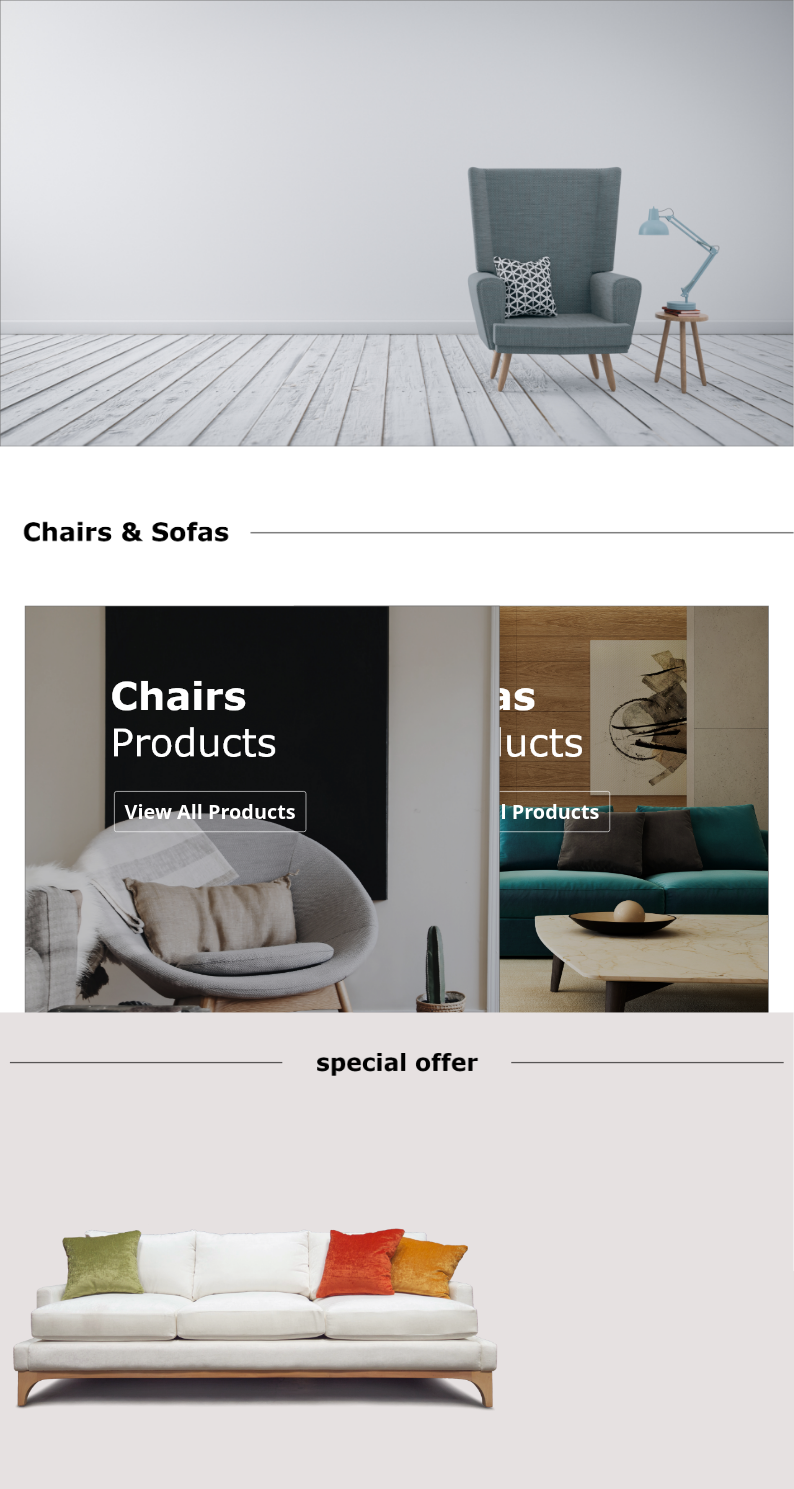
Repository: MEROO1010/creative_home
Page: /
The author's editor kept a copy of each file at every save. The page is drawn from the files as they stood at one save, then again after the next save.
The browser window is 1280 px wide. The pictures show the whole page, at 62% of full size.
The project was rebuilt for these pictures with package versions that can differ from the ones it lists, and the page was loaded fresh each time. The framework's server and built-in components were replaced by stand-ins that run in the browser. Also part of the build but not shown: next.config.js.

Above is the page before, as saved 2022-12-11 10:14:34.

After the next save:
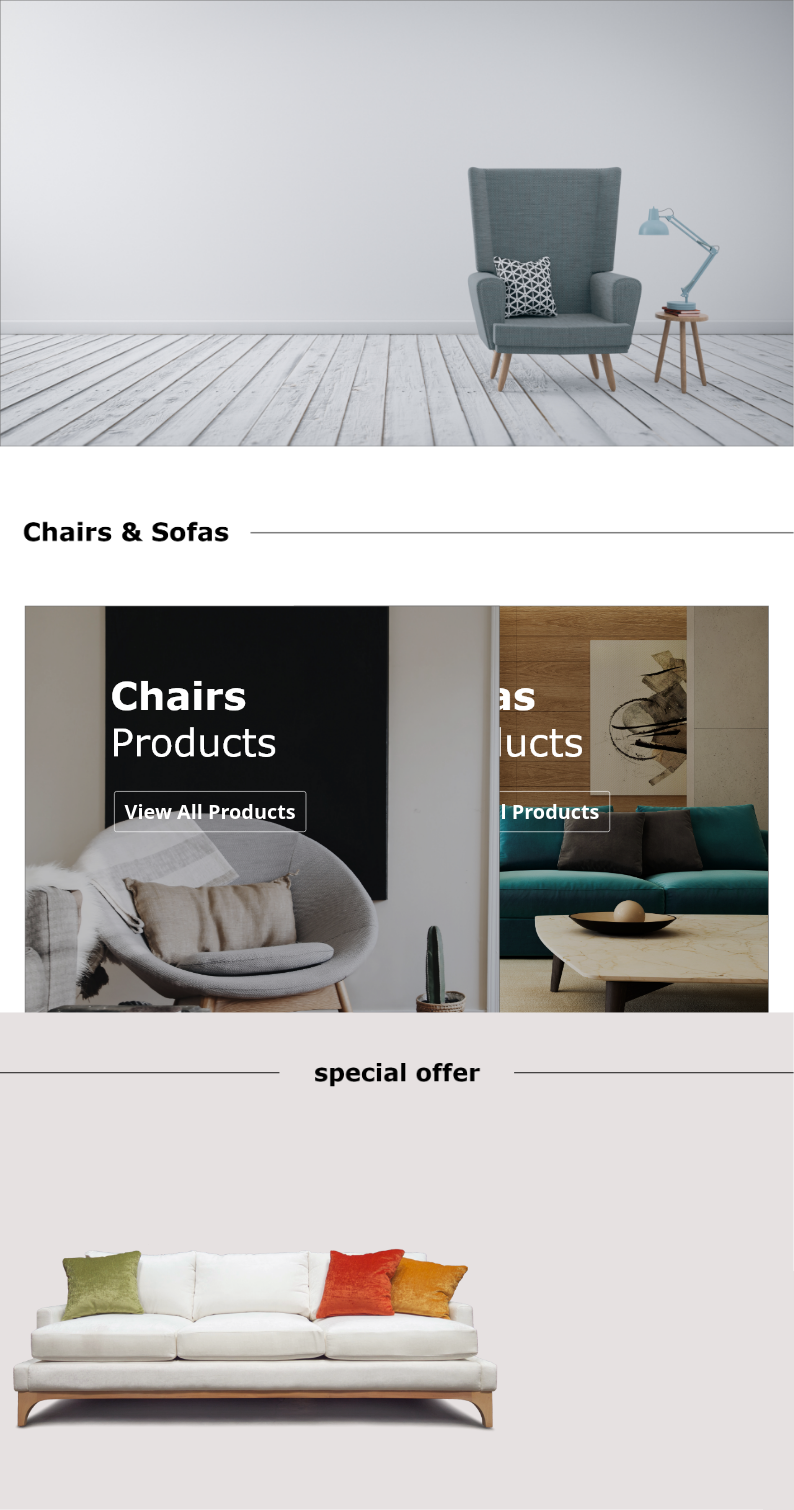
Saved 4 s later.
--- a/components/SpecialOffer.tsx
+++ b/components/SpecialOffer.tsx
@@ -8,7 +8,7 @@ import sofa2 from '../assets/images/sofa2.png'
 const SpecialOffer = () => {
   return (
     <div className="relative bg-[#E6E1E1]  py-10   px-100 my-80  top-80 float-right   ">
-        <div className='py-4 mx-4'>
+        <div className='py-4 my-4'>
           <Image src={specialOffer} alt=''/>
 
          </div>
